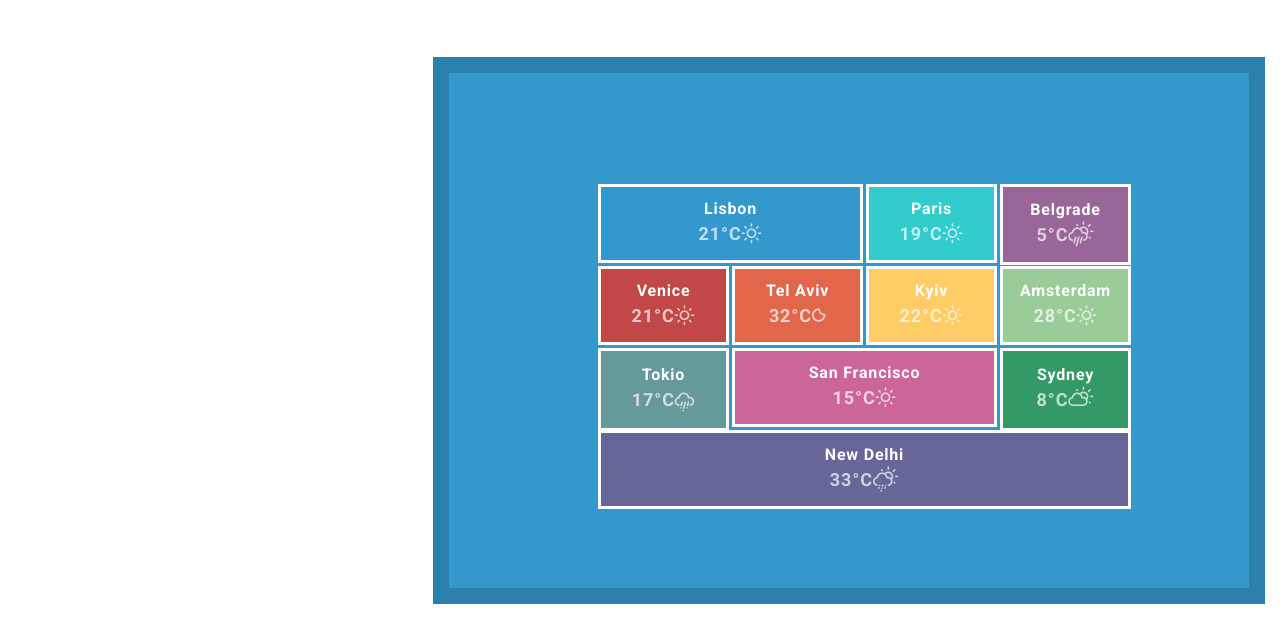
Repository: shpakovskaya/github.io
Page: boxsizing/weatherforecast/index.html
An editor plug-in stored every save of this project. The page is shown before and after the next save, followed by the edit.
The browser window is 1280 px wide. The pictures show the whole page.

Above is the page before, as saved 2021-11-28 00:03:12.

After the next save:
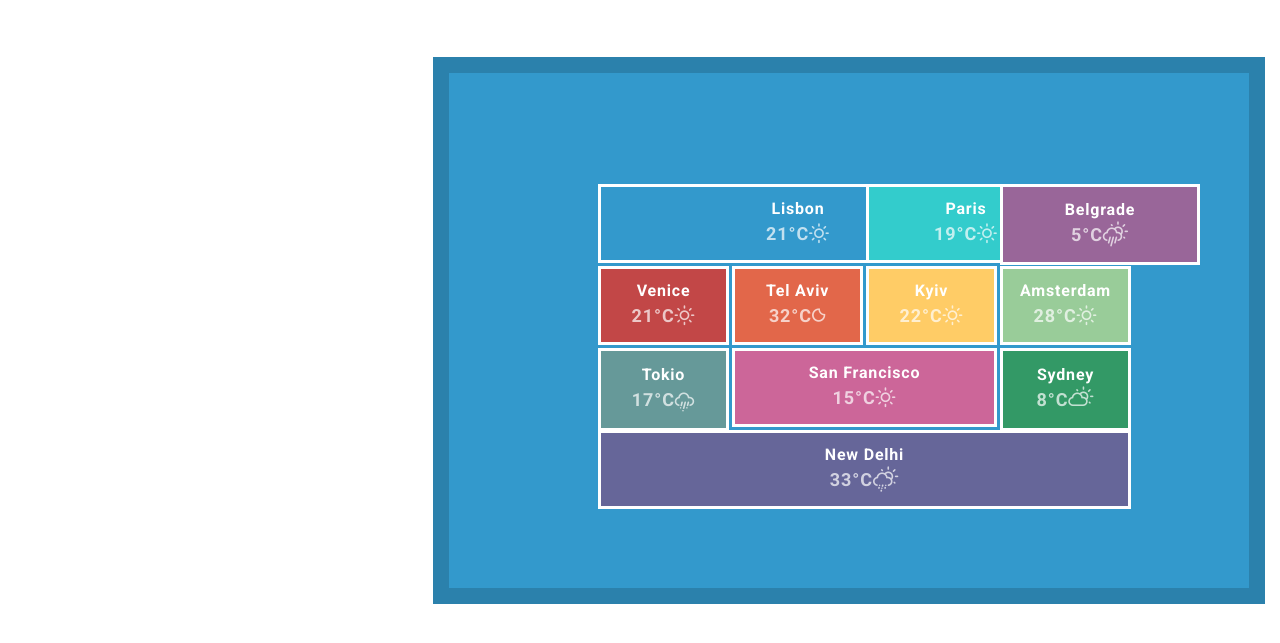
Saved 43 h 52 min later.
--- a/boxsizing/weatherforecast/style.css
+++ b/boxsizing/weatherforecast/style.css
@@ -59,7 +59,7 @@ span {
   align-items: center;
   position: absolute;
   /* padding-left: 98px; */
-  width: 265px;
+  width: 50%;
   height: 79px;
   left: 149px;
   top: 111px;
@@ -74,7 +74,7 @@ span {
   flex-direction: column;
   justify-content: center;
   align-items: center;
-  width: 131px;
+  width: 25%;
   height: 79px;
   left: 417px;
   top: 111px;
@@ -88,7 +88,7 @@ span {
   justify-content: center;
   align-items: center;
   position: absolute;
-  width: 131px;
+  width: 25%;
   height: 81px;
   left: 551px;
   top: 111px;
